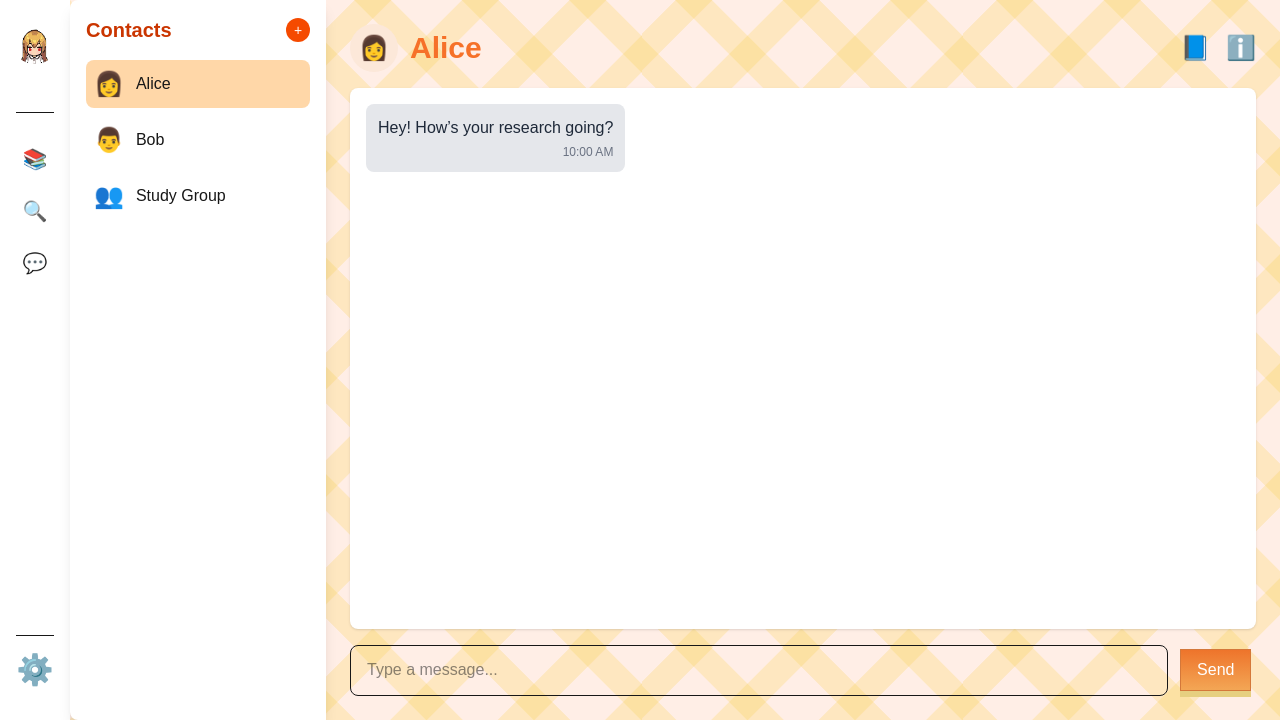
Repository: ramosfranz/bookie
Page: /chat
An editor plug-in stored every save of this project. The page is shown before and after the next save, followed by the edit.
The browser window is 1280 px wide. The pictures show the whole page.
The page's requests for data from a server got no answer. Some web fonts or font styles are not loaded; a fallback is used. The project was rebuilt for these pictures with package versions that can differ from the ones it lists, and the page was loaded fresh each time. The framework's server and built-in components were replaced by stand-ins that run in the browser. No one was signed in, and anything a server would have sent is missing. Also part of the build but not shown: next.config.ts, src/app/chat/AddContact.tsx, src/app/chat/FriendList.tsx, src/app/chat/FriendInfo.tsx.

Above is the page before, as saved 2025-12-06 09:09:07.

### src/app/layout.tsx
import type { Metadata } from "next";
import "./globals.css";
import Head from "next/head";

export const metadata: Metadata = {
  title: "Bookie",
  description: "Bookie",
};

export default function RootLayout({
  children,
}: Readonly<{ children: React.ReactNode }>) {
  return (
    <html lang="en">
      <Head>
        <link rel="preconnect" href="https://fonts.googleapis.com" />
        <link rel="preconnect" href="https://fonts.gstatic.com" crossOrigin="anonymous" />
        <link href="https://fonts.googleapis.com/css2?family=Jersey+25&display=swap" rel="stylesheet" />

      </Head>
      <body className="font-jersey antialiased">{children}</body>
    </html>
  );
}

### src/app/globals.css
@import url('https://fonts.googleapis.com/css2?family=Jersey+25&display=swap');
@import "tailwindcss";

:root {
  --background: #ffffff;
  --foreground: #171717;
  --font-jersey: 'Jersey 25', sans-serif;
}

@theme inline {
  --color-background: var(--background);
  --color-foreground: var(--foreground);
}

@media (prefers-color-scheme: dark) {
  :root {
    --background: #0a0a0a;
    --foreground: #ededed;
  }
}

body {
  background: var(--background);
  color: var(--foreground);
  font-family: var(--font-jersey);
}

.pixelated {
  image-rendering: pixelated;       /* Modern browsers */
  image-rendering: crisp-edges;     /* Fallback */
  -ms-interpolation-mode: nearest-neighbor; /* IE fallback */
}

### src/app/components/Sidebar.tsx
"use client";

import { useState, useEffect } from "react";
import Link from "next/link";
import { supabase } from "@/lib/supabase/client";
import { AvatarData } from "../profile/AvatarBuilder";

export default function Sidebar({ activeTab }: { activeTab: string }) {
  const [isCollapsed, setIsCollapsed] = useState(true);
  const [username, setUsername] = useState<string>("");
  const [avatarData, setAvatarData] = useState<AvatarData>({
    skinTone: null,
    eyeColor: null,
    hairColor: null,
    hairstyle: 1,
  });

  // Load username + avatar from Supabase
  useEffect(() => {
    async function loadProfile() {
      const {
        data: { user },
      } = await supabase.auth.getUser();

      if (!user) return;

      const baseUsername = user.email?.split("@")[0] ?? "";

      const { data: profile } = await supabase
        .from("profiles")
        .select("*")
        .eq("id", user.id)
        .single();

      setUsername(profile?.username || baseUsername);
      setAvatarData(profile?.avatar || avatarData);
    }

    loadProfile();
  }, []);

  const handleLinkClick = (e: React.MouseEvent) => e.stopPropagation();

  return (
    <aside
      onClick={() => setIsCollapsed(!isCollapsed)}
      className={`${isCollapsed ? "w-[70px]" : "w-[180px]"} bg-white shadow-lg p-4 flex flex-col items-center transition-all duration-300 cursor-pointer`}
    >
      {/* Profile Section */}
      <Link href="/profile" onClick={handleLinkClick} className="mb-8 flex flex-col items-center">
        <div className="w-12 h-12 rounded-full overflow-hidden relative image-rendering-pixelated">
          <div className="absolute w-full h-full" style={{ transform: "translateY(+50%) scale(1.5)" }}>
            <img src="/avatar/skin.png" className="absolute inset-0 w-full h-full" style={{ filter: avatarData.skinTone || "" }} />
            <img src="/avatar/fit.png" className="absolute inset-0 w-full h-full" />
            <img src="/avatar/eyes.png" className="absolute inset-0 w-full h-full" style={{ filter: avatarData.eyeColor || "" }} />
            <img src="/avatar/hair.png" className="absolute inset-0 w-full h-full" style={{ filter: avatarData.hairColor || "" }} />
          </div>
        </div>

        {!isCollapsed && <p className="mt-3 font-semibold text-purple-700">{username}</p>}
      </Link>

      <div className="w-full border-t my-4"></div>

      {/* Tabs */}
      <nav className="flex flex-col items-center gap-6 mt-4">
        <Link
          href="/dashboard"
          onClick={handleLinkClick}
          className={`flex flex-col items-center text-xl ${activeTab === "dashboard" ? "text-purple-600" : "text-gray-500 hover:text-gray-700"}`}
        >
          📚 {!isCollapsed && <span className="text-sm mt-1">Library</span>}
        </Link>

        <Link
          href="/discover"
          onClick={handleLinkClick}
          className={`flex flex-col items-center text-xl ${activeTab === "discover" ? "text-purple-600" : "text-gray-500 hover:text-gray-700"}`}
        >
          🔍 {!isCollapsed && <span className="text-sm mt-1">Discover</span>}
        </Link>

        <Link
          href="/chat"
          onClick={handleLinkClick}
          className={`flex flex-col items-center text-xl ${activeTab === "chat" ? "text-purple-600" : "text-gray-500 hover:text-gray-700"}`}
        >
          💬 {!isCollapsed && <span className="text-sm mt-1">Chat</span>}
        </Link>
      </nav>

      <div className="w-full border-t my-4 mt-auto"></div>

      <button onClick={(e) => e.stopPropagation()} className="text-gray-500 hover:text-gray-700 text-3xl mb-4">
        ⚙️
      </button>
    </aside>
  );
}

### src/app/chat/ContactSidebar.tsx
"use client";

import { Dispatch, SetStateAction } from "react";

interface Contact {
  id: string;
  name: string;
  avatar: string;
}

interface ContactSidebarProps {
  contacts: Contact[];
  selectedContactId: string;
  setSelectedContactId: Dispatch<SetStateAction<string>>;
  showAddContactPopup: boolean;
  setShowAddContactPopup: Dispatch<SetStateAction<boolean>>;
  isCollapsed: boolean;
  setIsCollapsed: Dispatch<SetStateAction<boolean>>;
}

export default function ContactSidebar({
  contacts,
  selectedContactId,
  setSelectedContactId,
  showAddContactPopup,
  setShowAddContactPopup,
  isCollapsed,
  setIsCollapsed,
}: ContactSidebarProps) {
  return (
    <div
      onClick={() => setIsCollapsed(!isCollapsed)}
      className={`bg-white shadow-lg rounded-l-lg flex flex-col transition-all duration-300 ${
        isCollapsed ? "w-16" : "w-64"
      }`}
    >
      <div className="p-4 flex flex-col flex-1">
        {!isCollapsed && (
          <div className="flex items-center justify-between mb-4">
            <h2 className="text-xl font-bold text-orange-700">Contacts</h2>
            <button
              onClick={(e) => {
                e.stopPropagation();
                setShowAddContactPopup(true);
              }}
              className="text-white bg-orange-600 hover:bg-orange-700 rounded-full w-6 h-6 flex items-center justify-center text-sm"
            >
              +
            </button>
          </div>
        )}

        <div className="flex flex-col gap-2 overflow-y-auto flex-1">
          {contacts.map((contact) => (
            <button
              key={contact.id}
              onClick={(e) => {
                e.stopPropagation();
                setSelectedContactId(contact.id);
              }}
              className={`flex items-center gap-3 p-2 rounded-lg text-left hover:bg-orange-100 transition ${
                contact.id === selectedContactId ? "bg-orange-200" : ""
              }`}
            >
              <span className="text-2xl">{contact.avatar}</span>
              {!isCollapsed && <span className="font-medium">{contact.name}</span>}
            </button>
          ))}
        </div>
      </div>
    </div>
  );
}

### src/app/chat/ChatLog.tsx
"use client";

import { useEffect, useRef } from "react";

interface Message {
  id: string;
  sender: "user" | "other";
  senderName?: string; // for group chats
  avatar?: string; // emoji or image URL
  content: string;
  timestamp: string;
}

interface ChatLogProps {
  messages: Message[];
}

export default function ChatLog({ messages }: ChatLogProps) {
  const chatEndRef = useRef<HTMLDivElement | null>(null);

  // Scroll to bottom whenever messages change
  useEffect(() => {
    chatEndRef.current?.scrollIntoView({ behavior: "smooth" });
  }, [messages]);

  return (
    <div className="flex-1 overflow-y-auto bg-white p-4 rounded-lg shadow mb-4 flex flex-col">
      {messages.map((msg) => (
        <div
          key={msg.id}
          className={`flex mb-3 items-end ${
            msg.sender === "user" ? "justify-end" : "justify-start"
          }`}
        >
          {/* Avatar for other users */}
          {msg.sender !== "user" && msg.avatar && (
            <div className="w-8 h-8 rounded-full bg-gray-200 flex items-center justify-center text-lg mr-2 shrink-0">
              {msg.avatar}
            </div>
          )}

          {/* Message bubble */}
                    <div
            className={`p-3 rounded-lg max-w-xs break-words relative ${
              msg.sender === "user"
                ? "text-white"
                : "bg-gray-200 text-gray-800"
            }`}
            style={msg.sender === "user" ? { backgroundColor: "#f67129" } : {}}
          >
            {/* Sender name for group chats */}
            {msg.senderName && msg.sender !== "user" && (
              <span className="font-semibold text-sm block mb-1">{msg.senderName}</span>
            )}

            <p>{msg.content}</p>

            <span className="text-xs text-gray-500 block text-right mt-1">
              {msg.timestamp}
            </span>
          </div>

          {/* Optional avatar on the right for user */}
          {msg.sender === "user" && msg.avatar && (
            <div className="w-8 h-8 rounded-full bg-purple-600 flex items-center justify-center text-white text-lg ml-2 shrink-0">
              {msg.avatar}
            </div>
          )}
        </div>
      ))}
      <div ref={chatEndRef}></div>
    </div>
  );
}

### src/app/styles/pixelButton.css
.pixelButton {
  display: inline-block;
  font-size: 1rem;
  color: white; /* you can customize */
  border-radius: 10; /* or var(--btn-radius) if you want rounded */
  border: 1px solid #d4783a; /* default outline */
  background: linear-gradient(to bottom, #ee742b, #f3a655);
  box-shadow: 0px 6px 0 #e6cf80;
  cursor: pointer;
  text-align: center;
  white-space: nowrap;
  transition: transform 0.1s ease, box-shadow 0.1s ease;
  image-rendering: pixelated;
  margin: 0.5%;
  padding: 0.5rem 1rem;
}

.pixelButton:hover {
  background: linear-gradient(to bottom, #ffa9b8, #ff605f);
  border-color: #ff1a14;
}

.pixelButton:active {
  transform: translateY(4px);
  box-shadow: 0 0 #000;
}

### src/app/styles/background.css
.bookieBackground {
  background-image: url("/image/sparkle.gif"), url("/image/bg_try.gif"), url("/image/bookiebg1.png");
  background-size: auto, auto, 20%;   /* multiple background layers */
  background-repeat: auto, auto, space;
}

.pixelated {
  image-rendering: pixelated;       /* Modern browsers */
  image-rendering: crisp-edges;     /* Fallback */
  -ms-interpolation-mode: nearest-neighbor; /* IE fallback */
}

.bookieBgVar1 {
   background-image: url("/image/bookiebg1.png");
  background-size: auto, 20%;   /* multiple background layers */
  background-repeat: auto, space;
}

Loaded but not shown: src/lib/supabase/client.ts (common file); src/app/chat/page.tsx (268 lines, source omitted)

After the next save:
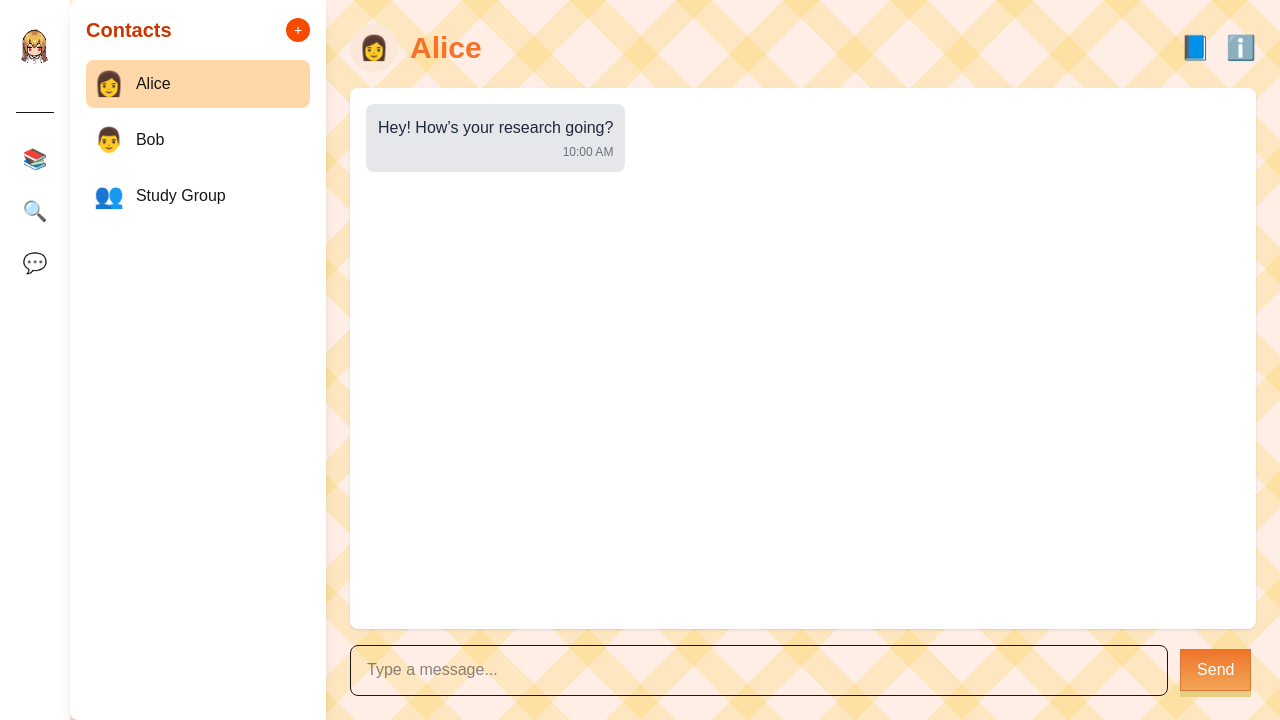
Saved 37 s later.
--- a/src/app/components/Sidebar.tsx
+++ b/src/app/components/Sidebar.tsx
@@ -88,12 +88,6 @@
           💬 {!isCollapsed && <span className="text-sm mt-1">Chat</span>}
         </Link>
       </nav>
-
-      <div className="w-full border-t my-4 mt-auto"></div>
-
-      <button onClick={(e) => e.stopPropagation()} className="text-gray-500 hover:text-gray-700 text-3xl mb-4">
-        ⚙️
-      </button>
     </aside>
   );
 }

After the save that followed:
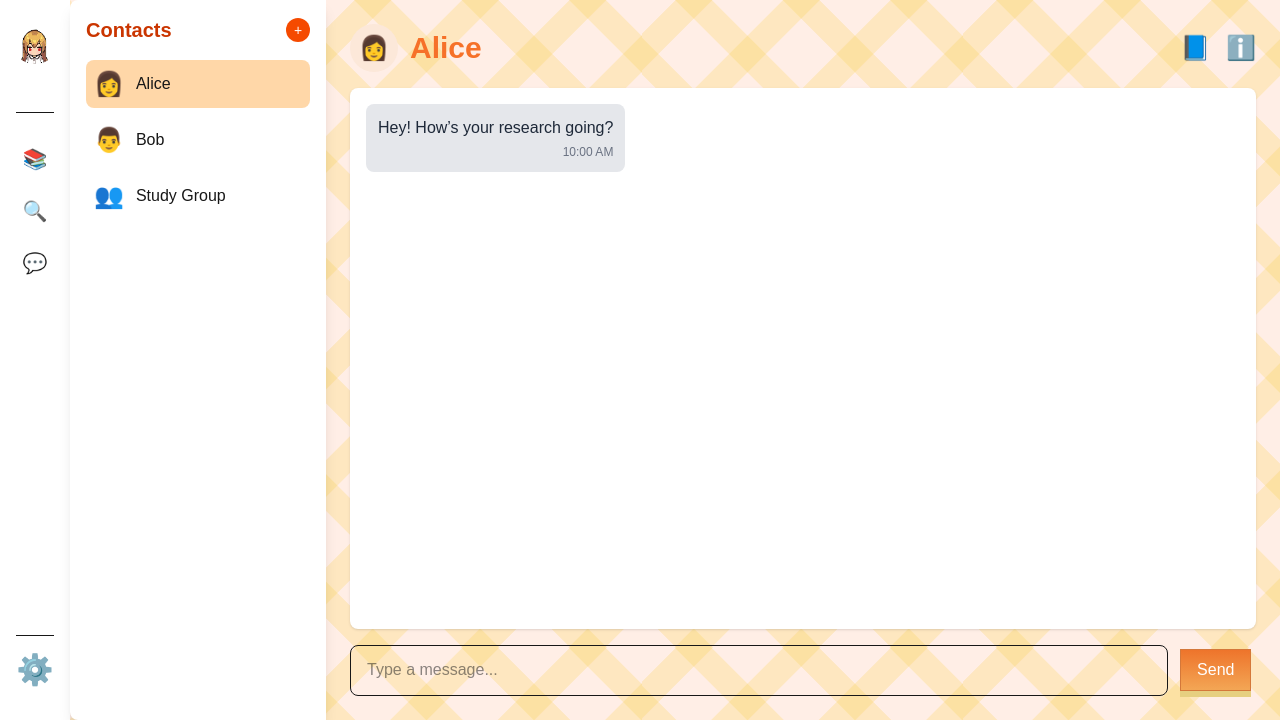
Saved 38 s later.
--- a/src/app/components/Sidebar.tsx
+++ b/src/app/components/Sidebar.tsx
@@ -57,7 +57,7 @@
           </div>
         </div>
 
-        {!isCollapsed && <p className="mt-3 font-semibold text-purple-700">{username}</p>}
+        {!isCollapsed && <p className="mt-3 font-semibold text-orange-700">{username}</p>}
       </Link>
 
       <div className="w-full border-t my-4"></div>
@@ -67,7 +67,9 @@
         <Link
           href="/dashboard"
           onClick={handleLinkClick}
-          className={`flex flex-col items-center text-xl ${activeTab === "dashboard" ? "text-purple-600" : "text-gray-500 hover:text-gray-700"}`}
+          className={`flex flex-col items-center text-xl ${
+            activeTab === "dashboard" ? "text-orange-600" : "text-gray-500 hover:text-gray-700"
+          }`}
         >
           📚 {!isCollapsed && <span className="text-sm mt-1">Library</span>}
         </Link>
@@ -75,7 +77,9 @@
         <Link
           href="/discover"
           onClick={handleLinkClick}
-          className={`flex flex-col items-center text-xl ${activeTab === "discover" ? "text-purple-600" : "text-gray-500 hover:text-gray-700"}`}
+          className={`flex flex-col items-center text-xl ${
+            activeTab === "discover" ? "text-orange-600" : "text-gray-500 hover:text-gray-700"
+          }`}
         >
           🔍 {!isCollapsed && <span className="text-sm mt-1">Discover</span>}
         </Link>
@@ -83,11 +87,19 @@
         <Link
           href="/chat"
           onClick={handleLinkClick}
-          className={`flex flex-col items-center text-xl ${activeTab === "chat" ? "text-purple-600" : "text-gray-500 hover:text-gray-700"}`}
+          className={`flex flex-col items-center text-xl ${
+            activeTab === "chat" ? "text-orange-600" : "text-gray-500 hover:text-gray-700"
+          }`}
         >
           💬 {!isCollapsed && <span className="text-sm mt-1">Chat</span>}
         </Link>
       </nav>
+
+      <div className="w-full border-t my-4 mt-auto"></div>
+
+      <button onClick={(e) => e.stopPropagation()} className="text-gray-500 hover:text-gray-700 text-3xl mb-4">
+        ⚙️
+      </button>
     </aside>
   );
 }
